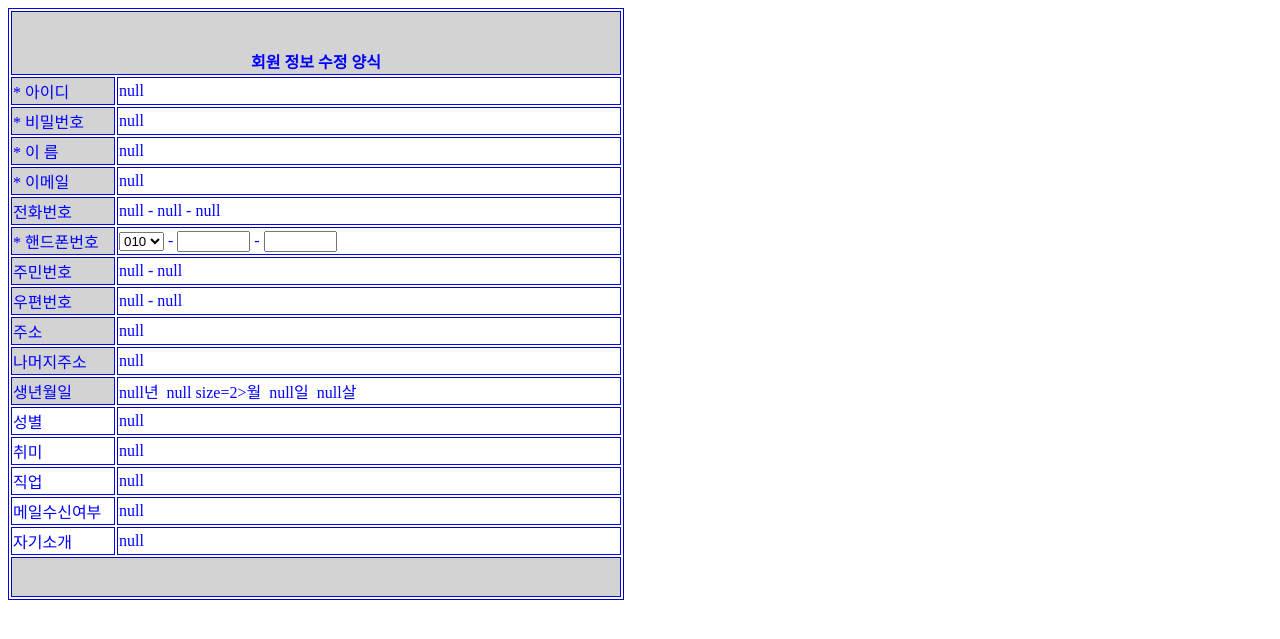
Repository: vkfkstptkd1/WebProgramming
Page: http://localhost/ch3_FormTag/In_Form_ok.jsp
The author's editor kept a copy of each file at every save. The page is drawn from the files as they stood at one save, then again after the next save.
The browser window is 1280 px wide. The pictures show the whole page.
The page is served by Tomcat 9.

Above is the page before, as saved 2021-03-20 10:10:01.

### ch3_FormTag/WebContent/In_Form_ok.jsp
<%@ page language="java" contentType="text/html; charset=EUC-KR"
    pageEncoding="EUC-KR"%>
<%  request.setCharacterEncoding("euc-kr");  %><!--한글입력전송받을때이거반드시필요.-->
<!DOCTYPE html>
<html>
<head>
<meta charset="EUC-KR">
<title>Insert title here</title>
<style type="text/css">
.style1{border-color:blue;color:blue;}
.style0{color:blue;background-color:lightgrey;}
</style>
</head>
<body>
	<table class="style1" border="1">
	<tr><th class="style0" colspan=2><br><br>회원 정보 수정 양식</th></tr><!--표제목  -->
	<tr><td class="style0" width= "100"> * 아이디</td>
		<td width="500"> <%=request.getParameter("id") %></td>
	</tr>
	<tr><td class="style0"> * 비밀번호</td>
		<td class="style1"> <%=request.getParameter("pwd") %>
		</td>
	</tr>
	<tr><td class="style0"> * 이 름</td>
		<td class="style1">  <%=request.getParameter("name") %></td>
	</tr>
	<tr><td class="style0"> * 이메일</td>
		<td class="style1">  <%=request.getParameter("email") %></td>
	</tr>
	<tr><td class="style0"> 전화번호</td>
		<td class="style1">
			 <%=request.getParameter("homenumber1") %>
			-
			 <%=request.getParameter("homenumber2") %>
			-
			 <%=request.getParameter("homenumber3") %>
		</td>
	</tr>
	<tr><td class="style0"> * 핸드폰번호</td>
		<td class="style1">
		<SELECT >
		<OPTION VALUE="010">010</OPTION>
		<OPTION VALUE="011">011</OPTION>
		<OPTION VALUE="012">012</OPTION>
		</SELECT>
		-
		<input type="text" size=6>
		-
		<input type="text" size=6>
		</td>
	</tr>
	<tr><td class="style0"> 주민번호</td>
		<td class="style1">
			 <%=request.getParameter("ssn1") %>
			 -
			 <%=request.getParameter("ssn2") %>
		</td>
	</tr>
	<tr><td class="style0"> 우편번호</td>
		<td class="style1">
			 <%=request.getParameter("pn1") %>
			 -
			 <%=request.getParameter("pn2") %>
		</td>
	</tr>
	<tr><td class="style0"> 주소</td>
		<td class="style1">
		  <%=request.getParameter("ad") %>
		</td>
	</tr>
	<tr><td class="style0"> 나머지주소</td>
		<td class="style1">
		  <%=request.getParameter("remainderad") %>
		</td>
	</tr>
	<tr><td class="style0"> 생년월일</td>
		<td>  <%=request.getParameter("year") %>년&nbsp;
			  <%=request.getParameter("month") %> size=2>월&nbsp;
			  <%=request.getParameter("day") %>일&nbsp;
			  <%=request.getParameter("age") %>살&nbsp;
		</td>
	</tr>
	<tr><td class="style1"> 성별</td>
		<td class="style1"> <%=request.getParameter("gender") %></td>
	</tr>
	<tr><td class="style1"> 취미</td>
		<td class="style1">
			<%=request.getParameter("hobby") %>
		</td>
	</tr>
	<tr><td class="style1"> 직업</td>
		<td >
		<%=request.getParameter("job") %>
	    </td>
	</tr>
	<tr><td class="style1"> 메일수신여부</td>
		<td class="style1"><%=request.getParameter("emailcheck") %></td>
	</tr>
	<tr><td class="style1"> 자기소개</td>
		<td class="style1">
		<%=request.getParameter("intro") %>
		</td>
	</tr>
	<tr>
		<td class="style0" colspan="2"><br><br></td>
	</tr>
	</table>

</body>
</html>

After the next save:
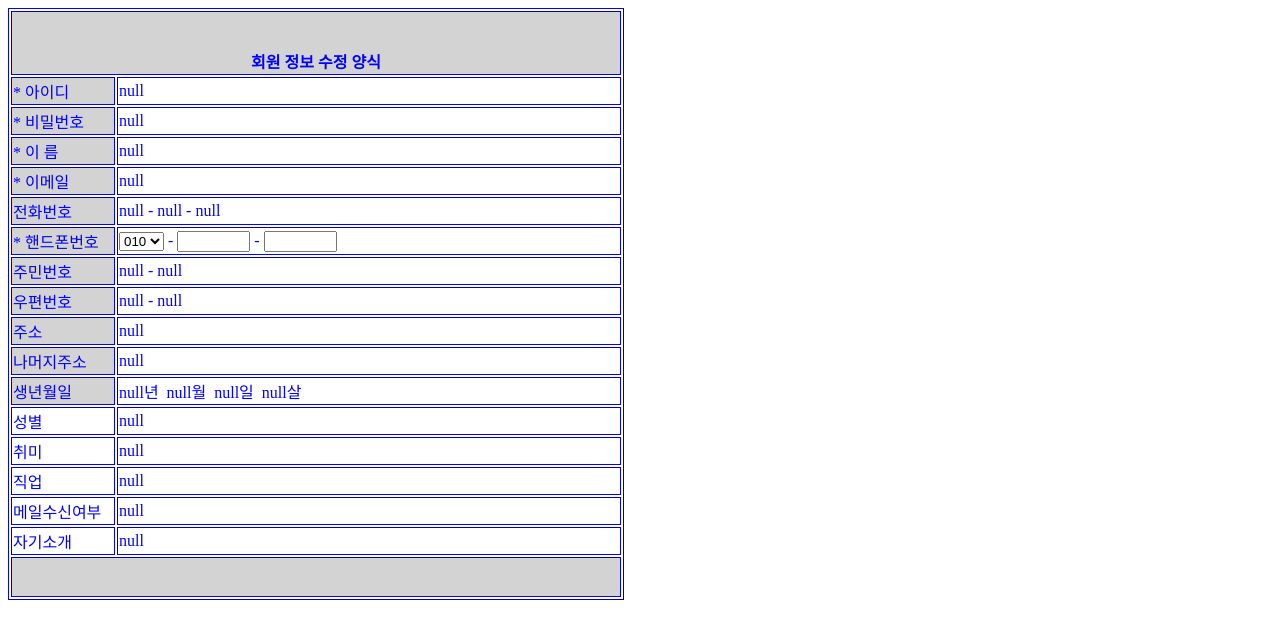
Saved 34 s later.
--- a/ch3_FormTag/WebContent/In_Form_ok.jsp
+++ b/ch3_FormTag/WebContent/In_Form_ok.jsp
@@ -75,7 +75,7 @@
 	</tr>
 	<tr><td class="style0"> 생년월일</td>
 		<td>  <%=request.getParameter("year") %>년&nbsp;
-			  <%=request.getParameter("month") %> size=2>월&nbsp;
+			  <%=request.getParameter("month") %>월&nbsp;
 			  <%=request.getParameter("day") %>일&nbsp;
 			  <%=request.getParameter("age") %>살&nbsp;
 		</td>
